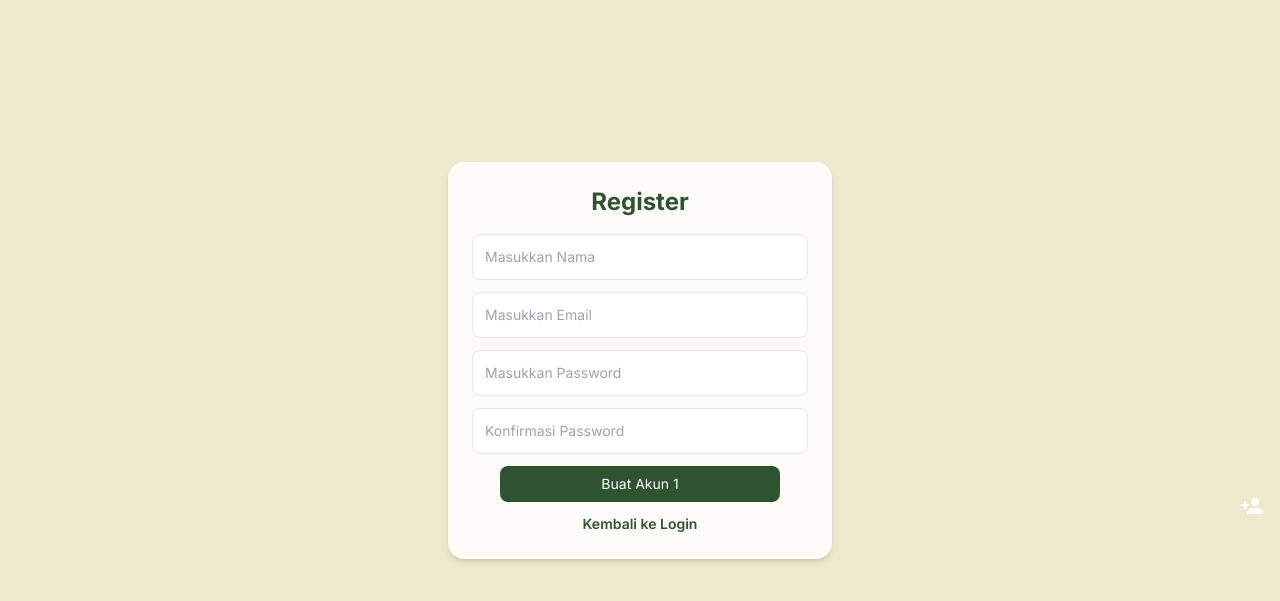
Repository: PajarAland/DiagramCoffee
Page: /register
The author's editor kept a copy of each file at every save. The page is drawn from the files as they stood at one save, then again after the next save.
The browser window is 1280 px wide. The pictures show the whole page.
The page's requests for data from a server got no answer. The project was rebuilt for these pictures with package versions that can differ from the ones it lists, and the page was loaded fresh each time. Some packages were replaced by stand-ins written for this rebuild. No one was signed in, and anything a server would have sent is missing. Also part of the build but not shown: vite.config.js, src/components/ui/NavBar.jsx, src/pages/Landing.jsx, src/context/useAuth.jsx, src/pages/Login.jsx, src/pages/Home.jsx, src/auth/ProtectedRoute.jsx.

Above is the page before, as saved 2026-04-27 00:00:56.

After the next save:
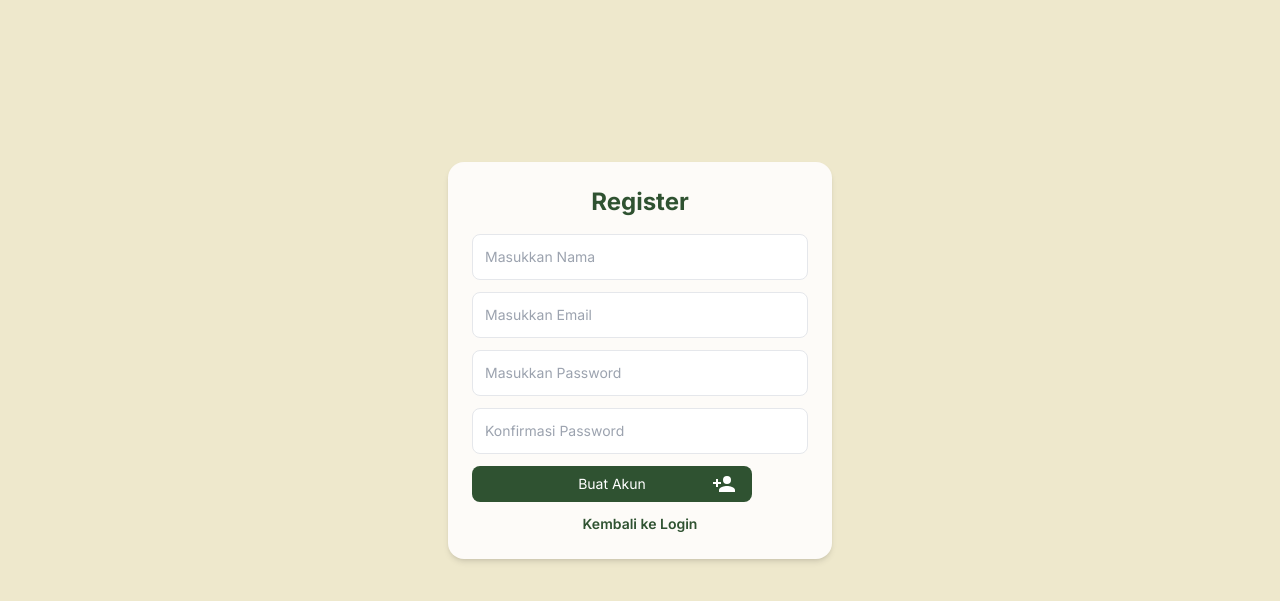
Saved 49 s later.
--- a/src/pages/Register.jsx
+++ b/src/pages/Register.jsx
@@ -90,9 +90,9 @@ function Register() {
 
                     <button
                         type="submit"
-                        className="w-10/12 bg-[#2F5231] text-sm text-white py-2 rounded-lg mt-4"
+                        className="w-10/12 bg-[#2F5231] text-sm text-white py-2 rounded-lg mt-4 relative flex items-center justify-center"
                     >
-                        <span className="text-center">Buat Akun 1</span>
+                        <span className="text-center">Buat Akun</span>
 
                         <img
                             src={accountAddWhite}
